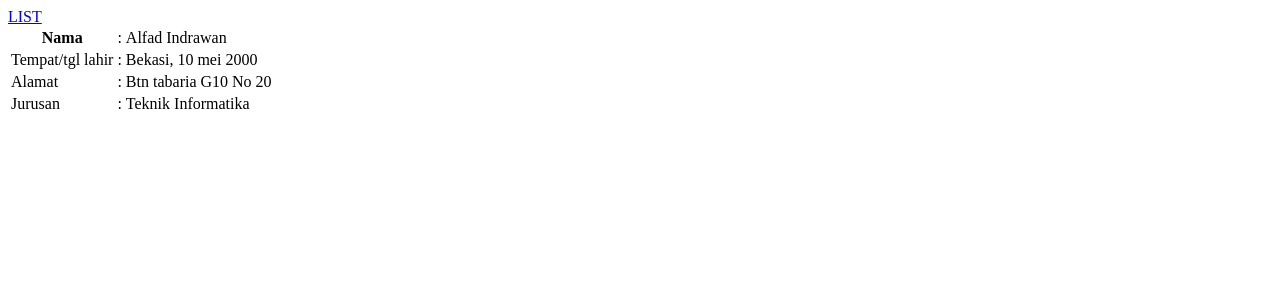
Repository: alfadindrawan/CRUD-ExpressJs
Page: http://localhost/bio
These files come from the project's save history. The page is drawn as it stood at one moment and after the next save; the edit follows.
The browser window is 1280 px wide. The pictures show the whole page.
The page is served by the project's Node server (app.js). Other server files are loaded and not shown.

Above is the page before, as saved 2021-10-06 12:52:13.

### views/bio.ejs
<!DOCTYPE html>
<html lang="en">
<head>
    <meta charset="UTF-8">
    <meta http-equiv="X-UA-Compatible" content="IE=edge">
    <meta name="viewport" content="width=device-width, initial-scale=1.0">
    <title>Document</title>
</head>
<body>
    <header>
        <a href="/" class="header-logo">LIST</a>
    </header>

    <div class="table-container">

      <table border="0" >
          <tr>
              <th>Nama</th>
              <td>:</td>
              <td>Alfad Indrawan</td>
          </tr>

          <tr>
              <td>Tempat/tgl lahir</td>
              <td>:</td>
              <td>Bekasi, 10 mei 2000</td>
          </tr>

          <tr>
              <td>Alamat</td>
              <td>:</td>
              <td>Btn tabaria G10 No 20</td>
          </tr>

          <tr>
              <td>Jurusan</td>
              <td>:</td>
              <td>Teknik Informatika</td>
          </tr>
      </table>
    </div>
</body>
</html>

### app.js
const express = require('express');
const connection = require('./database')
const app = express();

app.use(express.urlencoded({extended: false}));
app.use(express.static('public'));
connection.connect((err) => {
    if(err){
        console.log('error connecting: ' + err.stack);
        return;
    }
    console.log('success');
})

// app.get('/index',(req, res) => {
//     connection.query(
//         'SELECT *FROM items',
//         (error, results) => {
//             res.render('index.ejs', {items: results})
//         }
//     )
// });

app.get('/bio', (req, res) => {
    res.render('bio.ejs')
})

app.post('/create', (req, res) => {
    connection.query(
        'INSERT INTO items (name) VALUES (?)',
        [req.body.itemName],
        (error, results) => {
            res.redirect('/index')
        }
    )
});

app.get('/new', (req, res) => {
    res.render('new.ejs')
});

app.get('/', (req, res) => {
  connection.query(
      'SELECT *FROM items',
      (error, results) => {
          console.log(results);
          res.render('top.ejs');
      }
  );
});

app.post('/delete/:id', (req, res) => {
    let del = 'DELETE FROM items WHERE id= ?'
    connection.query(
        del,
        [req.params.id],
        (error, result) => {
            res.redirect('/index')
        }
    )
})


app.listen(80);

After the next save:
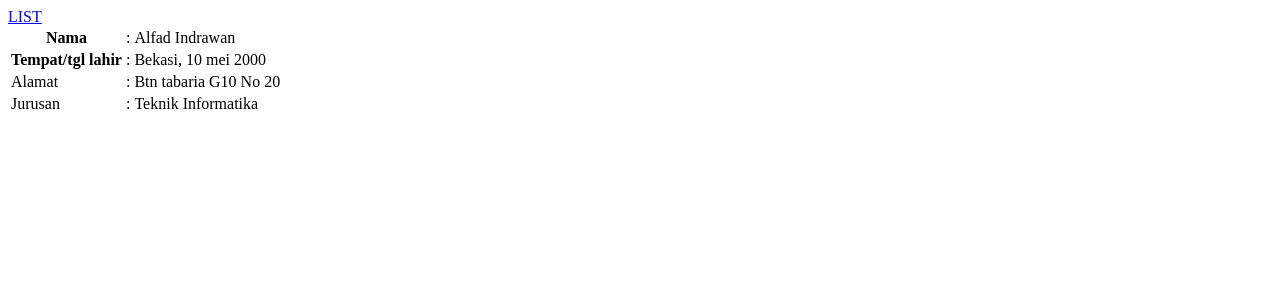
Saved 5 s later.
--- a/views/bio.ejs
+++ b/views/bio.ejs
@@ -21,7 +21,7 @@
           </tr>
 
           <tr>
-              <td>Tempat/tgl lahir</td>
+              <th>Tempat/tgl lahir</th>
               <td>:</td>
               <td>Bekasi, 10 mei 2000</td>
           </tr>
